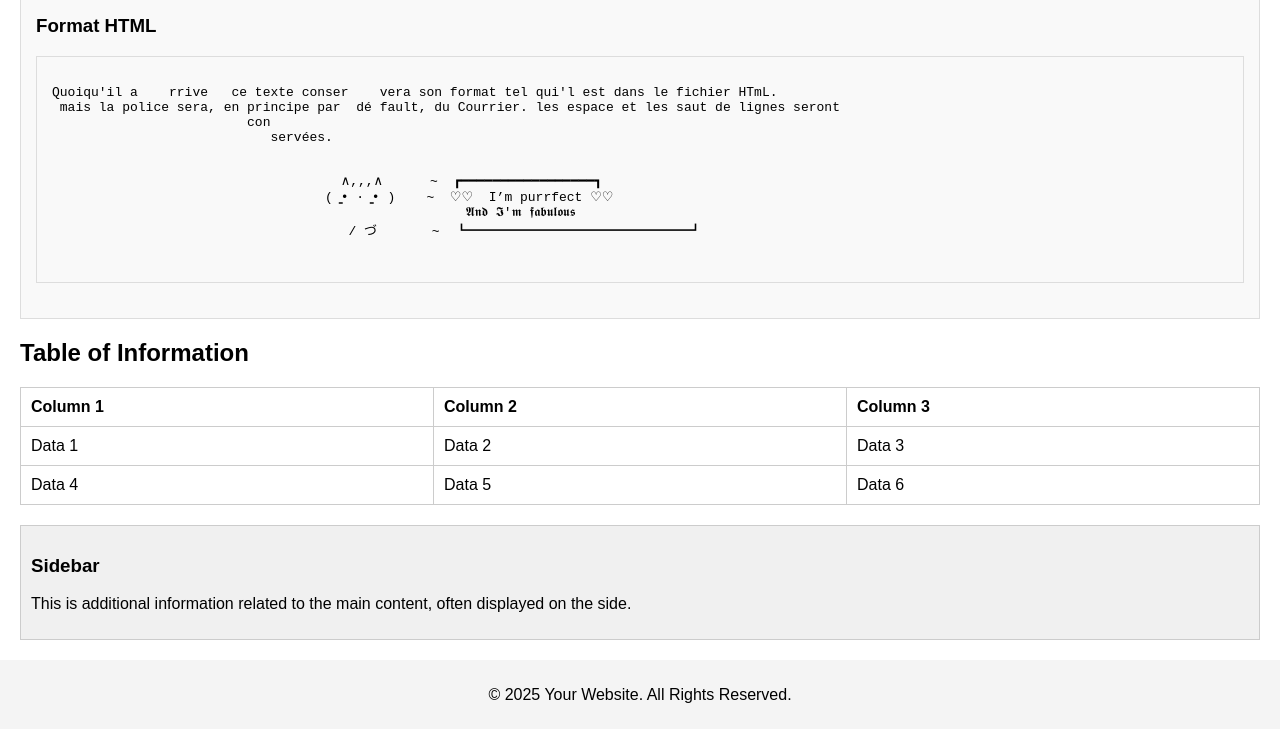
Repository: AnnaSpirit/2025_
Page: Bases/Base.html
An editor plug-in stored every save of this project. The page is shown before and after the next save, followed by the edit.
The browser window is 1280 px wide. The pictures show the part of the page from y = 2102 to 3054 px (the page is 2831 px tall before and 3054 px after).
A picture or video elsewhere on the page could not be fetched, so the positions and the page height are approximate.

Above is the page before, as saved 2025-01-09 11:07:17.
Not found: Bases/styles.css

After the next save:
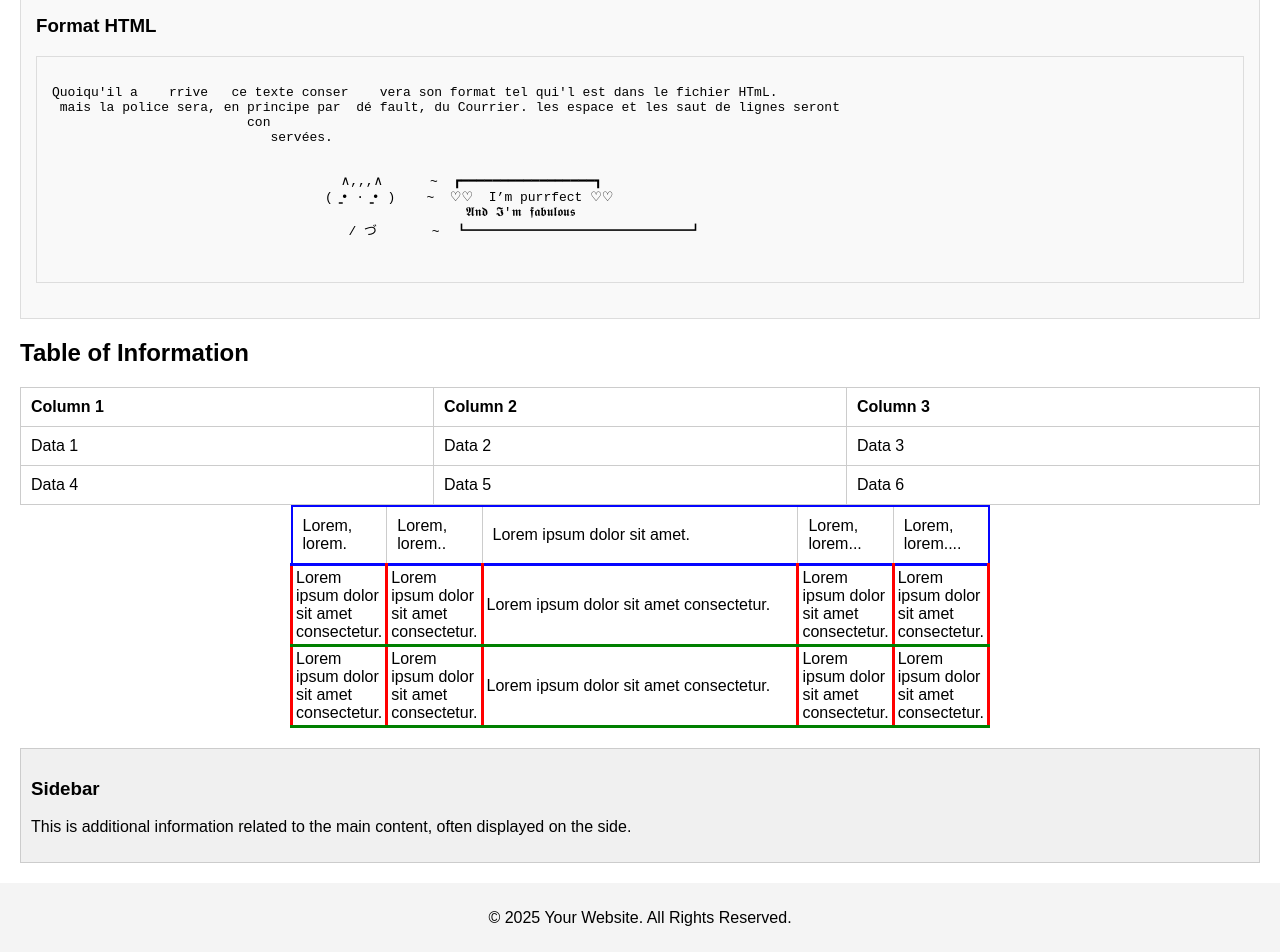
Saved 5 min 45 s later.
--- a/Bases/Base.html
+++ b/Bases/Base.html
@@ -198,6 +198,54 @@
 					</tr>
 				</tbody>
 			</table>
+
+			<!-- inserer un tableau de 5 sur 3 -->
+			<table
+				style="width: 700px; height: 100px; margin-left: auto; margin-right: auto; border: 2px solid #0505ff; border-collapse: collapse;">
+				<tbody>
+					<tr style="border-bottom: 3px solid  background-color: rgb(136, 220, 235);">
+						<td>Lorem, lorem.</td>
+						<td>Lorem, lorem..</td>
+						<td style="width: 300px">Lorem ipsum dolor sit amet.</td>
+						<td>Lorem, lorem...</td>
+						<td>Lorem, lorem....</td>
+					</tr>
+					<tr>
+						<td
+							style="border-top: 3px solid #0505ff; border-bottom: 3px solid green; border-left: 3px solid red; border-right: 3px solid red; padding: 3px; height: 50px;">
+							Lorem ipsum dolor sit amet consectetur.</td>
+						<td
+							style="border-top: 3px solid #0505ff;border-bottom: 3px solid green; border-left: 3px solid red; border-right: 3px solid red; padding: 3px; height: 50px;">
+							Lorem ipsum dolor sit amet consectetur.</td>
+						<td
+							style="border-top: 3px solid #0505ff;border-bottom: 3px solid green; border-left: 3px solid red; border-right: 3px solid red; padding: 3px; height: 50px;">
+							Lorem ipsum dolor sit amet consectetur.</td>
+						<td
+							style="border-top: 3px solid #0505ff;border-bottom: 3px solid green; border-left: 3px solid red; border-right: 3px solid red; padding: 3px; height: 50px;">
+							Lorem ipsum dolor sit amet consectetur.</td>
+						<td
+							style="border-top: 3px solid #0505ff;border-bottom: 3px solid green; border-left: 3px solid red; border-right: 3px solid red; padding: 3px; height: 50px;">
+							Lorem ipsum dolor sit amet consectetur.</td>
+					</tr>
+					<tr>
+						<td
+							style="border-bottom: 3px solid green; border-left: 3px solid red; border-right: 3px solid red; padding: 3px; height: 50px;">
+							Lorem ipsum dolor sit amet consectetur.</td>
+						<td
+							style="border-bottom: 3px solid green; border-left: 3px solid red; border-right: 3px solid red; padding: 3px; height: 50px;">
+							Lorem ipsum dolor sit amet consectetur.</td>
+						<td
+							style="border-bottom: 3px solid green; border-left: 3px solid red; border-right: 3px solid red; padding: 3px; height: 50px;">
+							Lorem ipsum dolor sit amet consectetur.</td>
+						<td
+							style="border-bottom: 3px solid green; border-left: 3px solid red; border-right: 3px solid red; padding: 3px; height: 50px;">
+							Lorem ipsum dolor sit amet consectetur.</td>
+						<td
+							style="border-bottom: 3px solid green; border-left: 3px solid red; border-right: 3px solid red; padding: 3px; height: 50px;">
+							Lorem ipsum dolor sit amet consectetur.</td>
+					</tr>
+				</tbody>
+			</table>
 		</section>
 
 		<!-- Sidebar -->
